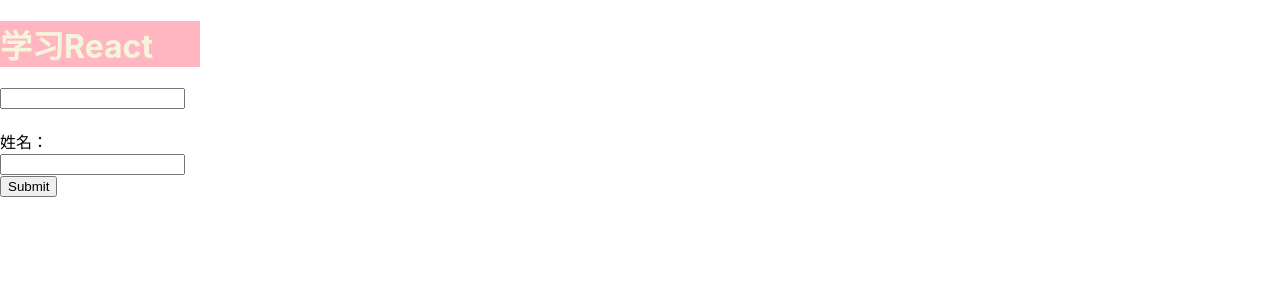
Repository: zhenzhen-gong/react-learning
Page: /
The author's editor kept a copy of each file at every save. The page is drawn from the files as they stood at one save, then again after the next save.
The browser window is 1280 px wide. The pictures show the whole page.
The project was rebuilt for these pictures with package versions that can differ from the ones it lists, and the page was loaded fresh each time.

Above is the page before, as saved 2021-04-16 14:45:38.

### src/App.js
import React, {Component} from 'react'
import './app.less' // 未生效，因为缺少loader转换的配置
import './App.css';

class App extends Component {
   constructor(props) {
     super(props)
     this.state= {
       name: '学习React',
       inputval: '',
       person: '',
       sex: 1,
       citys: ["北京","上海", "深圳"],
       hobby: [
         {
           'title': '睡觉',
           'checked': true
         },
         {
          'title': '吃饭',
          'checked': true
        },
        {
          'title': '敲代码',
          'checked': true
        }
       ]
     }
   }
   // this指向问题，使用箭头函数定义函数，也可以在绑定的时候.bind（this）改变this指向，也可以在constructor中用this.函数名 = this.函数名.bind(this)来改变this指向
   handleInputval = (e)=>{
      this.setState({
        inputval: e.target.value
      })
   }
   handlePerson = (e)=>{
      this.setState({
        person: e.target.value
      })
   }
   handleSex = (e)=>{
    this.setState({
      sex: e.target.value
    })
   }
   handleCity = (e)=>{
      console.log('1')
   }
   render() {
     return (
       <div className="context">
         <h1>{this.state.name}</h1>
         <div className="input-test">
           <input type="text" value={this.state.inputval} onChange={this.handleInputval}></input>
           <span>{this.state.inputval}</span>
         </div>
         <form className="form-submit" onSubmit={this.handleSubmit}>
           姓名：<input type="text" value={this.state.person} onChange={this.handlePerson}></input>
           {/*<div>
             性别：<input type="radio" value='1' checked={this.state.sex===1} onChange={this.handleSex}>男</input>
             <input type="radio" value='2' checked={this.state.sex===2} onChange={this.handleSex}>女</input>
           </div>
           城市：<select onChange={this.handleCity}>
             {
               this.state.citys.map((item, key) => {
                 return <option key={key}>{item}</option>
               })
             }
            </select>*/}
           <input type="submit" defaultValue="提交"></input>
         </form>
       </div>
     )
   }
}

export default App;

### src/app.less
.context {
    width: 200px;
    h1 {
        color: beige;
    }
}

### src/App.css
.App {
  text-align: center;
}
h1 {
  background-color: lightpink;
  margin-bottom:  20px;
}
.input-test {
  margin-bottom:  20px;
}

Loaded but not shown: public/index.html (common file); src/index.js (common file); src/index.css (common file); src/reportWebVitals.js (common file)

After the next save:
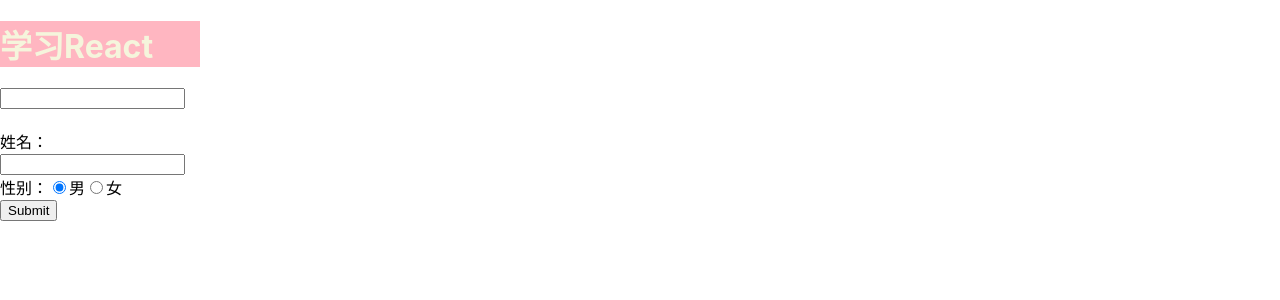
Saved 54 s later.
--- a/src/App.js
+++ b/src/App.js
@@ -56,11 +56,11 @@ class App extends Component {
          </div>
          <form className="form-submit" onSubmit={this.handleSubmit}>
            姓名：<input type="text" value={this.state.person} onChange={this.handlePerson}></input>
-           {/*<div>
-             性别：<input type="radio" value='1' checked={this.state.sex===1} onChange={this.handleSex}>男</input>
-             <input type="radio" value='2' checked={this.state.sex===2} onChange={this.handleSex}>女</input>
+           <div>
+             性别：<input type="radio" value='1' checked={this.state.sex===1} onChange={this.handleSex} />男
+             <input type="radio" value='2' checked={this.state.sex===2} onChange={this.handleSex} />女
            </div>
-           城市：<select onChange={this.handleCity}>
+           {/*城市：<select onChange={this.handleCity}>
              {
                this.state.citys.map((item, key) => {
                  return <option key={key}>{item}</option>
